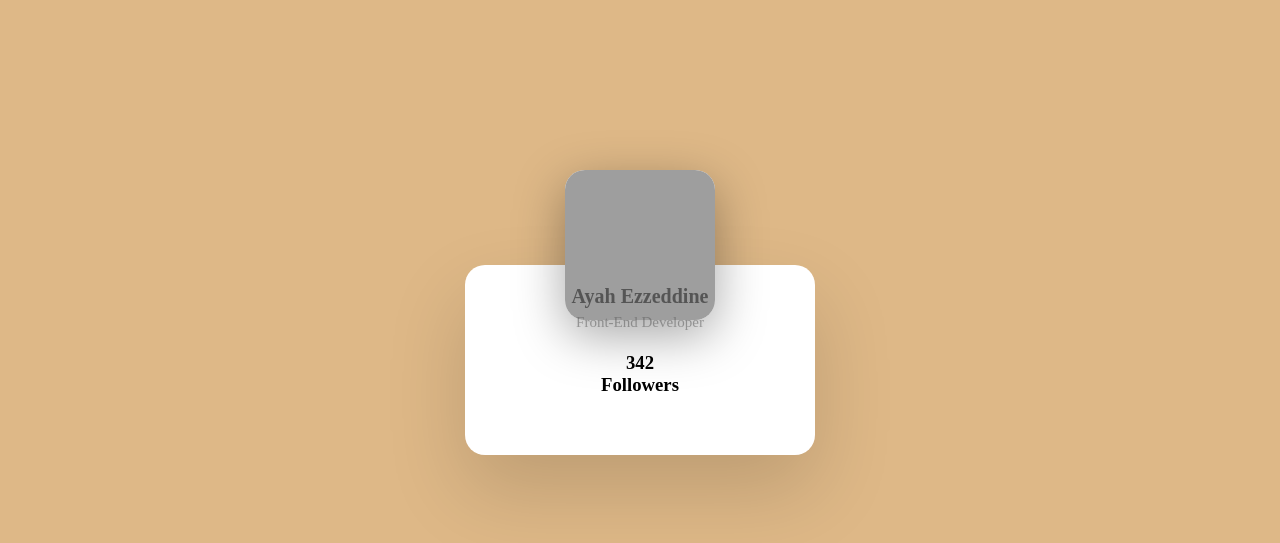
Repository: ayah1996/Github-Profiles
Page: index.html
The author's editor kept a copy of each file at every save. The page is drawn from the files as they stood at one save, then again after the next save.
The browser window is 1280 px wide. The pictures show the whole page.
Pictures or frames that could not be fetched are drawn as grey boxes. The page's requests for data from a server got no answer.

Above is the page before, as saved 2023-01-26 14:17:51.

### index.html
<!DOCTYPE html>
<html lang="en">
  <head>
    <meta charset="UTF-8" />
    <meta http-equiv="X-UA-Compatible" content="IE=edge" />
    <meta name="viewport" content="width=device-width, initial-scale=1.0" />
    <link rel="stylesheet" href="style.css" />
    <script src="script.js" defer></script>
    <title>Github Profile</title>
  </head>
  <body>
    <!-- <form id="form">
      <input type="text" id="search" placeholder="Search A Github User ..." />
    </form> -->
    <main id="main">
      <div class="card">
        <div class="imgBox">
          <img src="unnamed.jpg" alt="profile Image" />
        </div>
        <div class="content">
          <div class="details">
            <h2>Ayah Ezzeddine <br /><span> Front-End Developer </span></h2>
            <div class="data">
              <h3>342<br /><span>Followers</span></h3>
            </div>
          </div>
        </div>
      </div>
    </main>
  </body>
</html>

### style.css
* {
  box-sizing: border-box;
}

body {
  margin: 0;
}

#main {
  display: flex;
  justify-content: center;
  align-items: center;
  min-height: 100vh;
  background-color: burlywood;
}

.card {
  position: relative;
  width: 350px;
  height: 190px;
  /* height: 450px; */
  background-color: #fff;
  border-radius: 20px;
  box-shadow: 0 35px 80px rgba(0, 0, 0, 0.15);
  transition: 0.5s;
}

.card:hover {
  height: 450px;
}

.imgBox {
  position: absolute;
  left: 50%;
  top: -50%;
  transform: translateX(-50%);
  width: 150px;
  height: 150px;
  background-color: #fff;
  border-radius: 20px;
  box-shadow: 0 15px 50px rgba(0, 0, 0, 0.35);
  overflow: hidden;
  transition: 0.5s;
}
.card:hover .imgBox {
  width: 250px;
  height: 250px;
}
.imgBox img {
  position: absolute;
  top: 0;
  left: 0;
  width: 100%;
  height: 100%;
  -o-object-fit: cover;
  object-fit: cover;
}

.card .content {
  position: absolute;
  width: 100%;
  height: 100%;
  display: flex;
  justify-content: center;
  align-items: flex-end;
}

.card .details {
  width: 100%;
  padding: 40px;
  text-align: center;
  transition: 0.5s;
}

.card .details h2 {
  font-size: 1.25em;
  font-weight: 600;
  color: #555;
  line-height: 1.2em;
}

.card .details h2 span {
  font-size: 0.75em;
  font-weight: 500;
  opacity: 0.5;
}

### script.js
const APIURL = "https://api.github.com/users/";

const main = document.getElementById("main");
const form = document.getElementById("form");
const search = document.getElementById("search");

getUser("ayah1996");

async function getUser(username) {
  const response = await fetch(APIURL + username);
  const data = await response.json();

  createUserCard(data);
  getRepos(username);
}

async function getRepos(username) {
  const response = await fetch(APIURL + username + "/repos");
  const data = await response.json();

  addReposToCard(data);
}

function createUserCard(user) {
  const cardHTML = ``;
}

After the next save:
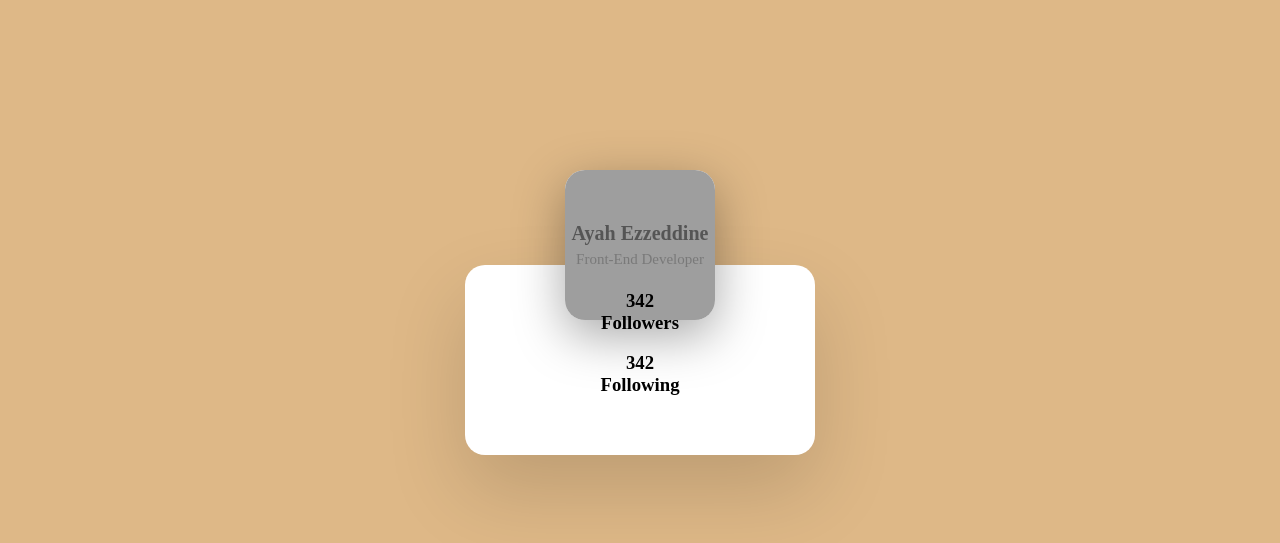
Saved 8 s later.
--- a/index.html
+++ b/index.html
@@ -22,6 +22,7 @@
             <h2>Ayah Ezzeddine <br /><span> Front-End Developer </span></h2>
             <div class="data">
               <h3>342<br /><span>Followers</span></h3>
+              <h3>342<br /><span>Following</span></h3>
             </div>
           </div>
         </div>
